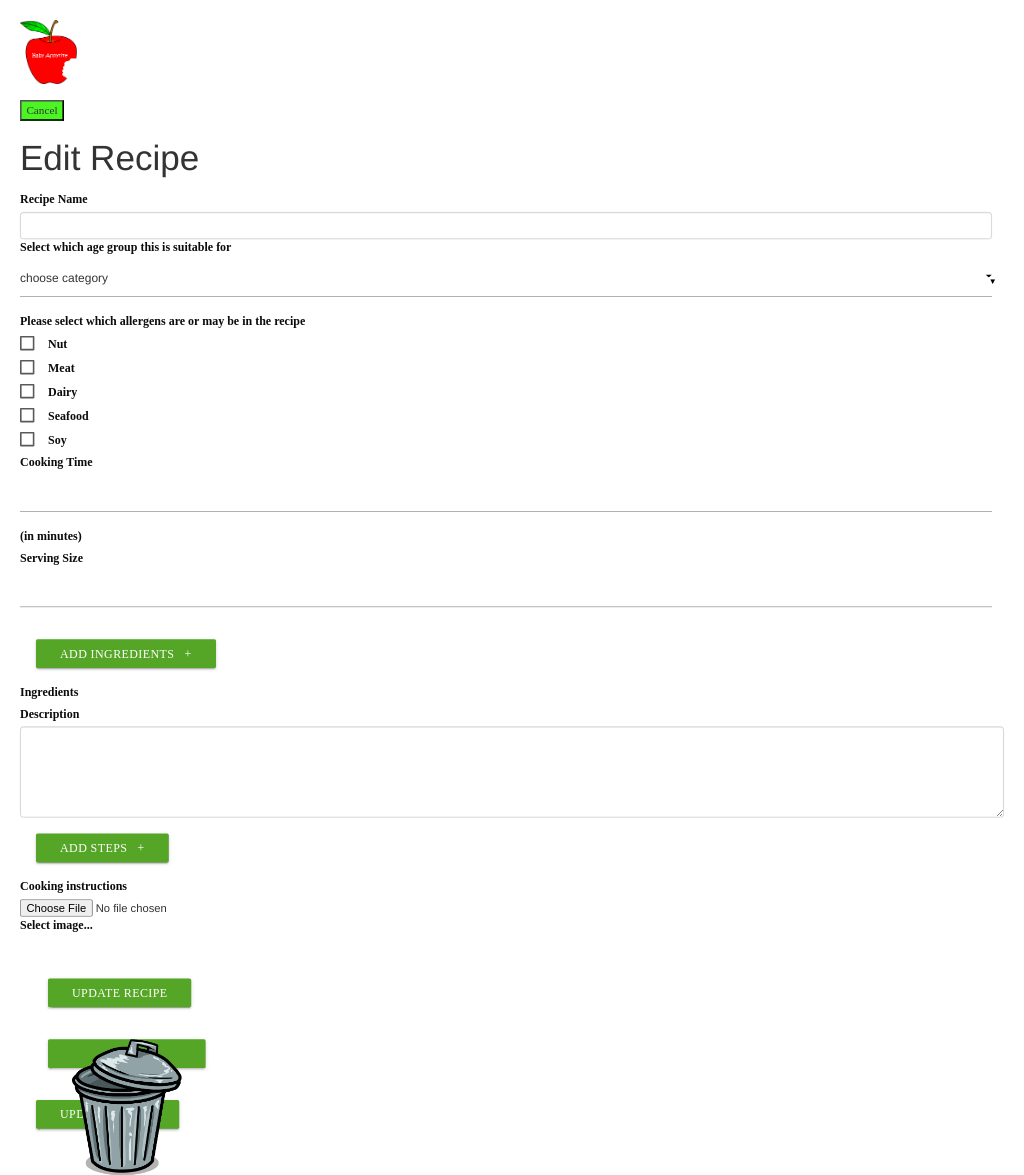
Repository: blueag8/babyappytite
Page: templates/editrecipe.html
The author's editor kept a record of every edit. The page is drawn from the files as they stood at one moment, then again after the next edit.
The browser window is 1280 px wide. The pictures show the whole page, at 80% of full size.
Some web fonts or font styles are not loaded; a fallback is used. Some web libraries are served in a nearby version. The page is served by the project's application, run on Flask 3 (app.py). The template is opened directly, without the code that normally fills it, so the values that code supplies are empty.

Above is the page before.

### templates/editrecipe.html
{% extends 'base.html'%}{% block content %}

<!------cancel--------->
     <div class="cancel">
  <button onclick="goBack()">Cancel</button>
     </div>

    <h3>Edit Recipe</h3>

 <div class="form">
     <form action="{{ url_for('update_recipe', recipe_id=recipe._id) }}" name="form" method="POST" class="col s12">
      <div class="row">
        <div class="recipe_name">
        <label class="recipe_name">Recipe Name</label>
        <input type="materialize-textarea" class="form-control" id="recipe_name" name="recipe_name" value="{{recipe.recipe_name}}">
       </div>
     </div>

    <div class="row">
      <div class="category_age">
         <label for="category_age">Select which age group this is suitable for</label>
          <select class="category_age" id="category_age" name="category_age" onclick="getOption()">
          <option value=""disabled>choose category</option>
           {% for category_age in all_ages %}
              {% if all_ages.category_age == recipe.category_age %}
              <option value="{{category_age}}}">{{category_age}}</option>
              {% else %}
              <option value="{{category_age}}">{{category_age}}</option>
              {% endif %}
           {% endfor %}
         </select>
        </div>
      </div>
    </div>

  <div class="row">
    <div class = "allergens">
      <label class="allergens">Please select which allergens are or may be in the recipe</label>

      <div class="form-check form-check-inline">
        <input class="form-check-input" type="checkbox" id="nut" name="allergen" value="nut"{% if 'nut' in recipe.allergens %}checked{% endif %} >
        <label class="form-check-label" for="nut">Nut</label>
      </div>

      <div class="form-check form-check-inline">
        <input class="form-check-input" type="checkbox" id="meat" name="allergen" value="meat"{% if 'meat' in recipe.allergens %}checked{% endif %}>
        <label class="form-check-label" for="meat">Meat</label>
      </div>

      <div class="form-check form-check-inline">
        <input class="form-check-input" type="checkbox" id="dairy" name="allergen" value="dairy"{% if 'dairy' in recipe.allergens %}checked{% endif %}>
        <label class="form-check-label" for="dairy">Dairy</label>
      </div>

      <div class="form-check form-check-inline">
        <input class="form-check-input" type="checkbox" id="seafood" name="allergen " value="seafood"{% if 'seafood' in recipe.allergens %}checked{% endif %}>
        <label class="form-check-label" for="seafood">Seafood</label>
      </div>

      <div class="form-check form-check-inline">
        <input class="form-check-input" type="checkbox" id="soy" name="allergen" value="soy"{% if 'soy' in recipe.allergens %}checked{% endif %}>
        <label class="form-check-label" for="soy">Soy</label>
      </div>
    </div>


  <div class="row">
    <label for="cooking_time">Cooking Time</label>

      <input type="number" name="cooking_time" min="0" max="100" step="1" value="{{recipe.cooking_time}}" required>
      <label>(in minutes)</label>
    </div>
  </div>

  <div class="row">
    <label for="portion_sizes">Serving Size</label>
    <input type="number" name="portion_size" min="0" max="100" step="1" value="{{recipe.portion_size}}" required>
    </div>
  </div>

  <div class="row">
    <div class= "wrapper">
      <div class="container1">
        <button class="btn add_ingredients">Add Ingredients &nbsp;
          <span>+ </span>
        </button>
      </div>
     <label for="ingredients">Ingredients</label>

        {% for ingredient in recipe.ingredients %}
        <textarea name="ingredient" class="materialize-textarea" value="{{ingredient}}">

             {{ingredient}}

        </textarea>
        <a href="#" class="delete">Delete</a></div>
              {% endfor %}

      </div>
    </div>
  </div>

  <div class="row">
    <label for="recipe_description">Description</label>
      <div class="row">
        <textarea class="form-control" id="recipe_description" name="recipe_description" rows="5" value="{{recipe.recipe_description}}">{{recipe.recipe_description}}</textarea>
      </div>
    </div>
  </div>



<!---referred to ----https://stackoverflow.com/questions/14853779/adding-input-elements-dynamically-to-form ----->

  <div class="row">
     <div class= "wrapper">
        <div class="container2">
            <button class="btn add_steps">Add Steps &nbsp;
            <span>+ </span>
            </button>
             </div>
           <label for="add_steps">Cooking instructions</label>

             {% for step in recipe.steps %}
            <textarea name="step" class="materialize-textarea" value="{{step}}">

             {{step}}

            </textarea>
            <a href="#" class="delete">Delete</a></div>
              {% endfor %}
        </div>
      </div>
    </div>
  </div>

   <div class="input-group mb-3">
    <div class="input-group-prepend">
    <div class="custom-file">
      <input type="file" class="custom-file" id="image">
      <label class="custom-file" for="image">Select image...</label>
     </div>
    </div>
  </div>

<footer>
 <div class="row">
   <div class="col-xs-4 col-sm-4 col-md-4">

<!-------bootstrap---------->
<!-- Button trigger modal -->
     <button type="button" class="btn btn-primary" data-toggle="modal" data-target="#exampleModalCenter">
     Update Recipe
    </button>
   </div>
  </div>
 </div>
<!-- Modal -->
   <div class="modal fade" id="exampleModalCenter" tabindex="-1" role="dialog" aria-labelledby="exampleModalCenterTitle" aria-hidden="true">
     <div class="modal-dialog modal-dialog-centered" role="document">
       <div class="modal-content">
        <div class="modal-header">
          <h5 class="modal-title" id="exampleModalLongTitle">Update Recipe?</h5>
          <button type="button" class="close" data-dismiss="modal" aria-label="Close">
          <span aria-hidden="true">&times;</span>
          </button>
        </div>
        <div class="modal-body">
        Are you sure you would like to update this?
        </div>
        <div class="modal-footer">
        <button type="button" class="btn btn-secondary" data-dismiss="modal">No changed my mind</button>
        <button type="submit" class="btn btn-primary" name="action" value="submit">Yes, Please Save changes</button>
        </div>
      </div>
     </div>
    </div>



 <div class="container-fluid">
  <div class="row">

<!------ image from https://www.seekclipart.com/clipart/mimJ_garbage-can-pictures-garbage-bin-clip-art-png/----->

<!-------bootstrap---------->
  <div class="col-xs-12 col-sm-4 col-md-6">
     <button type="button" class="btn btn-primary" data-toggle="modal" data-target="#exampleModalCenter">
       <a href="{{url_for('delete_recipe', recipe_id=recipe._id)}}"><img src="/static/image/bin.png" alt="delete a recipe"></a>
     </div>
    </div>

<!-- Button trigger modal -->
     <button type="button" class="btn btn-primary" data-toggle="modal" data-target="#exampleModalCenter">
     Update Recipe
    </button>
   </div>
  </div>
 </div>
<!-- Modal -->
   <div class="modal fade" id="exampleModalCenter" tabindex="-1" role="dialog" aria-labelledby="exampleModalCenterTitle" aria-hidden="true">
     <div class="modal-dialog modal-dialog-centered" role="document">
       <div class="modal-content">
        <div class="modal-header">
          <h5 class="modal-title" id="exampleModalLongTitle">Update Recipe?</h5>
          <button type="button" class="close" data-dismiss="modal" aria-label="Close">
          <span aria-hidden="true">&times;</span>
          </button>
        </div>
        <div class="modal-body">
        Are you sure you would like to update this?
        </div>
        <div class="modal-footer">
        <button type="button" class="btn btn-secondary" data-dismiss="modal">No changed my mind</button>
        <button type="submit" class="btn btn-primary" name="action" value="submit">Yes, Please Save changes</button>
        </div>
      </div>
     </div>
    </div>
</footer>
</form>
 </div>
 {% endblock %}

### templates/base.html
<!DOCTYPE html>
<html lang="en">
<head>
    <meta charset="UTF-8">
    <meta name="viewport" content="width=device-width, initial-scale=1.0">
    <meta http-equiv="X-UA-Compatible" content="ie=edge">

    <title>"Baby Appy-tite | Recipes for 6 months +"</title>

    <link rel="stylesheet" href="https://maxcdn.bootstrapcdn.com/bootstrap/3.3.7/css/bootstrap.min.css" type="text/css">
    <link rel="stylesheet" href="https://stackpath.bootstrapcdn.com/font-awesome/4.7.0/css/font-awesome.min.css" type="text/css">
    <link href="https://fonts.googleapis.com/css?family=Emilys+Candy&display=swap" rel="stylesheet">
    <link rel="stylesheet" href="https://cdnjs.cloudflare.com/ajax/libs/materialize/0.100.2/css/materialize.min.css">
    <link rel="stylesheet" href="{{url_for('static', filename='css/style.css')}}" type="text/css" />
</head>
<header>
         <div class="nav-wrapper">
              <div class="navbar img">
                 <a class="icon" href="{{url_for('home')}}">
                      <img src="/static/image/babyappytite.png">
                </a>
            </div>
        </div>
      </div>
</header>
<body>
    <div class="container-fluid">
        {% block content %}{% endblock %}
    </div>

    <script src="https://cdnjs.cloudflare.com/ajax/libs/jquery/3.3.1/jquery.min.js"></script>
    <script src="https://cdnjs.cloudflare.com/ajax/libs/jquery/3.2.1/jquery.min.js"></script>
    <script src="https://maxcdn.bootstrapcdn.com/bootstrap/3.3.7/js/bootstrap.min.js" integrity="sha384-Tc5IQib027qvyjSMfHjOMaLkfuWVxZxUPnCJA7l2mCWNIpG9mGCD8wGNIcPD7Txa" crossorigin="anonymous"></script>
    <script src="https://cdnjs.cloudflare.com/ajax/libs/materialize/0.100.2/js/materialize.min.js"></script>
    <script type="text/javascript">
        $(document).ready(function() {
    var max_fields = 10;
    var wrapper = $(".container1");
    var add_button = $(".add_ingredients");
    var x = 1;
    $(add_button).click(function(e) {
        e.preventDefault();
        if (x < max_fields) {
            x++;
            $(wrapper).append('<div><ol><input type="text" name="ingredient[]"/></ol><a href="#" class="delete">Delete</a></div>'); //add input box
        } else {
            alert('You Reached the limits');
        }
    });
    $(wrapper).on("click", ".delete", function(e) {
        e.preventDefault();
        $(this).parent('div').remove();
        x--;
    });
 });
    </script>

 <script type="text/javascript">
 $(document).ready(function() {
    var max_fields = 10;
    var wrapper = $(".container2");
    var add_button = $(".add_steps");
    var x = 1;
    $(add_button).click(function(e) {
        e.preventDefault();
        if (x < max_fields) {
            x++;
            $(wrapper).append('<div><ol><input type="text" name="step[]"/></ol><a href="#" class="delete">Delete</a></div>'); //add input box
        } else {
            alert('You Reached the limits');
        }
    });
    $(wrapper).on("click", ".delete", function(e) {
        e.preventDefault();
        $(this).parent('div').remove();
        x--;
    });
 });
      </script>

  <script type="text/javascript">
    $(document).ready(function() {
    $('select').material_select();
  });
    </script>



</body>

</html>

### app.py
import pymongo
import os


from bson.objectid import ObjectId
from flask import Flask, render_template, redirect, request, url_for, flash
from flask_pymongo import PyMongo

#connect to database
app = Flask(__name__)

app.config['MONGO_DBNAME'] ="Baby_Recipes"
app.config["MONGO_URI"] ="mongodb+srv://blueag8:mongo8@cluster0-iodau.mongodb.net/Baby_Recipes?retryWrites=true&w=majority"
app.config['SECRET_KEY'] = 'yum'

mongo = PyMongo(app)


#home page



@app.route('/')
def home():
    return render_template("index.html", recipes=mongo.db.recipes.find(), all_ages=mongo.db.category_age.find())

#get
#single recipe

@app.route('/recipe/<recipe_id>')
def recipe(recipe_id):
    recipes=mongo.db.recipes.find({"_id": ObjectId(recipe_id)})
    category_age=mongo.db.category_age.find()
    return render_template("recipe.html", recipes=recipes, category_age=category_age)

#TEST1

#recipes categorized per page route

#@app.route('/recipes')
#def recipes():
   # recipes=mongo.db.recipes.find()
    #TEST
    #for recipe in recipes:
      #  print(recipe)

   # return render_template("recipes.html")

@app.route('/recipes')
def all_recipes():
   return render_template("recipes.html", recipes=mongo.db.recipes.find())


#sort recipes by age group

@app.route('/sixmonth_recipes')
def sixmonth_recipes():
   return render_template("recipes.html", recipes=mongo.db.recipes.find({"category_age":"6 months +"}))

@app.route('/sevenmonth_recipes')
def sevenmonth_recipes():
    return render_template("recipes.html", recipes=mongo.db.recipes.find({"category_age":"7 months +"}))

@app.route('/tenmonth_recipes')
def tenmonth_recipes():
    return render_template("recipes.html", recipes=mongo.db.recipes.find({"category_age":"10 months +"}))

@app.route('/twelvemonth_recipes')
def twelvemonth_recipes():
    return render_template("recipes.html",recipes=mongo.db.recipes.find())

#add recipe

@app.route('/addrecipe')
def addrecipe():
    #return render_template("testform.html",recipes=mongo.db.recipes.find(),
          # categories=mongo.db.categories.find())
    return render_template("addrecipe.html", all_ages=mongo.db.category_age.find())

#@app.route('/insert_recipe', methods=['POST'])
#def insert_recipe():
   # recipes=mongo.db.recipes
   # recipes.insert(request.form.to.dict(flat=False))
   # flash ("Thank you, your recipe has been added!")

    #return render_template("addrecipe.html", recipe=recipe)
    #Test1 Failed

    #Testing2
@app.route('/insert_recipe', methods=['POST'])
def insert_recipe():
    recipes=mongo.db.recipes
    all_ages=mongo.db.category_age

    recipe_name=request.form["recipe_name"]
    category_age=request.form.get("category_age")
    cooking_time=int(request.form["cooking_time"])
    portion_sizes=int(request.form["portion_size"])
    allergens=request.form.getlist("allergen")
    ingredients=request.form.getlist("ingredient")
    recipe_description=request.form["recipe_description"]
    steps=request.form.getlist("step")

    if 'image' in request.files:
        image = request.files["image"]
        filename = image.save(request.files['image'])
        filepath = 'static/image/uploads/' + filename
    else:
        filepath = 'static/image/babyappytite.png/'

    form={

        "recipe_name":recipe_name,
        "category_age":category_age,
        "cooking_time":cooking_time,
        "portion_size":portion_sizes,
        "allergen": allergens,
        "ingredient": ingredients,
        "recipe_description":recipe_description,
        "step": steps,

          }


    recipes.insert_one(form)

    return redirect(url_for('home', recipe=recipe, category_age=category_age))


#edit recipe
#@app.route('/editrecipe/<recipe_id>', methods=['GET','POST'])
#def editrecipe(recipe_id):

    #return render_template("testform.html",recipes=mongo.db.recipes.find(),
          # categories=mongo.db.categories.find())
    #return render_template("editrecipe.html",recipes=mongo.db.recipes.find({"_id": ObjectId(recipe_id)}),
          # categories=mongo.db.categories.find())

#TESTING
@app.route('/editrecipe/<recipe_id>')
def editrecipe(recipe_id):
    the_recipe = mongo.db.recipes.find_one({'_id': ObjectId(recipe_id)})
    all_ages=mongo.db.category_age.find()
    return render_template('editrecipe.html', recipe=the_recipe, category_age=all_ages)

@app.route('/update_recipe/<recipe_id>', methods=['POST'])
def update_recipe(recipe_id):
    recipes=mongo.db.recipes
    all_ages=mongo.db.category_age
    recipes.update( {'_id': ObjectId(recipe_id)},

    {
            'recipe_name':request.form.get("recipe_name"),
            'category_age':request.form.get("category_age"),
            'cooking_time':int(request.form["cooking_time"]),
            'portion_sizes':int(request.form["portion_size"]),
            'allergens':request.form.getlist('check'),
            'ingredients':request.form.getlist("ingredient"),
            'recipe_description':request.form.get("recipe_description"),
            'steps':request.form.getlist("step"),
            'filename':image.save(request.files['image']),
      })

    #flash ("Thank you, your recipe has been added!")
    return redirect(url_for('home'))

   # filepath = '../static/img/' + filename

    #filename = image.save(request.files['image']

@app.route('/delete_recipe/<recipe_id>')
def delete_recipe(recipe_id):
    mongo.db.recipes.remove({'_id': ObjectId(recipe_id)})
    return redirect(url_for('home'))

# routing for likes
#referred to another student's code for likes.

@app.route('/stars/<recipe_id>',methods=["GET", "POST"])
def stars(recipe_id):

    mongo.db.recipes.find_one_and_update(
        {'_id': ObjectId(recipe_id)},
        { '$inc': { 'stars': 1}}
    )

    return redirect(url_for('recipe',recipe_id=recipe_id))


if __name__ == '__main__':
    app.run(host=os.environ.get('IP'),
            port=int(os.environ.get('PORT')),
            debug=True)

### static/css/style.css
/*---------Navbar----------*/
.navbar {
    position: relative;
    min-height: 50px;
    margin-bottom: 20px;
    border: none;
    background-color: transparent;
}
.navbar-brand img {
    height: 50px;
}

 /* icon prefix focus color */
.input-field .prefix.active {
     color: red;
   }

.btn {
    background-color: #55a626;
    margin: 20px;
}

btn:hover, .btn-large:hover {
    background-color: #92f57c;
}

body{
    padding:25px;
}

p.recipe {
    float: right;
    background: mediumseagreen;
    padding: 15px;
    margin-right: 20px;
}

footer {
    margin-top: 30px;
}

/*--------images---------------------*/


img {
    height: 170px;
}

img .edit {
    height: 80px;
}
.apple img {
    height: 250px;
}


.caterpillar img {
    height: 128px;
}

.card {
    margin: 20px;
    padding: 20px;
    position: relative;
    background-color: #beefaf;
    -webkit-transition: -webkit-box-shadow .25s;
    transition: -webkit-box-shadow .25s;
    transition: box-shadow .25s;
    transition: box-shadow .25s, -webkit-box-shadow .25s;
    border-radius: 2px;
}
card-body {
    font-size: large;
    text-align: justify;
    text-align: right;
    padding: 20px;
    margin: 20px;
    font-style: inherit;
}

p.recipe {
    float: right;
}

a {
    color: inherit;
}

.navbar img {
    height: 80px;
}

.form-control {
    color: #0c0c0c;
    background-color: #fff;
    background-image: none;

}
label {
   color: #0c0c0c;
    font-family: 'Emilys Candy', cursive;
    /* font-family: Emily; */
    font-size: 15px;
}

button{
    background-color: #4bf524;
    font-family: 'Emily';
}
.delete {
    color: #db1f1f;
}


/*-----Media Queries--------*/

@media (min-width: 375px)
{
.container-fluid {
    padding-right: 15px;
    padding-left: 0;
}
.row {

    margin-bottom: 0px;
}


.age img {
    height: 170px;
}
apple img {
    height: 180px;
}
.caterpillar img {
    height: 80px;
}
img.edit {
    height: 50px;
}
}

After the next edit:
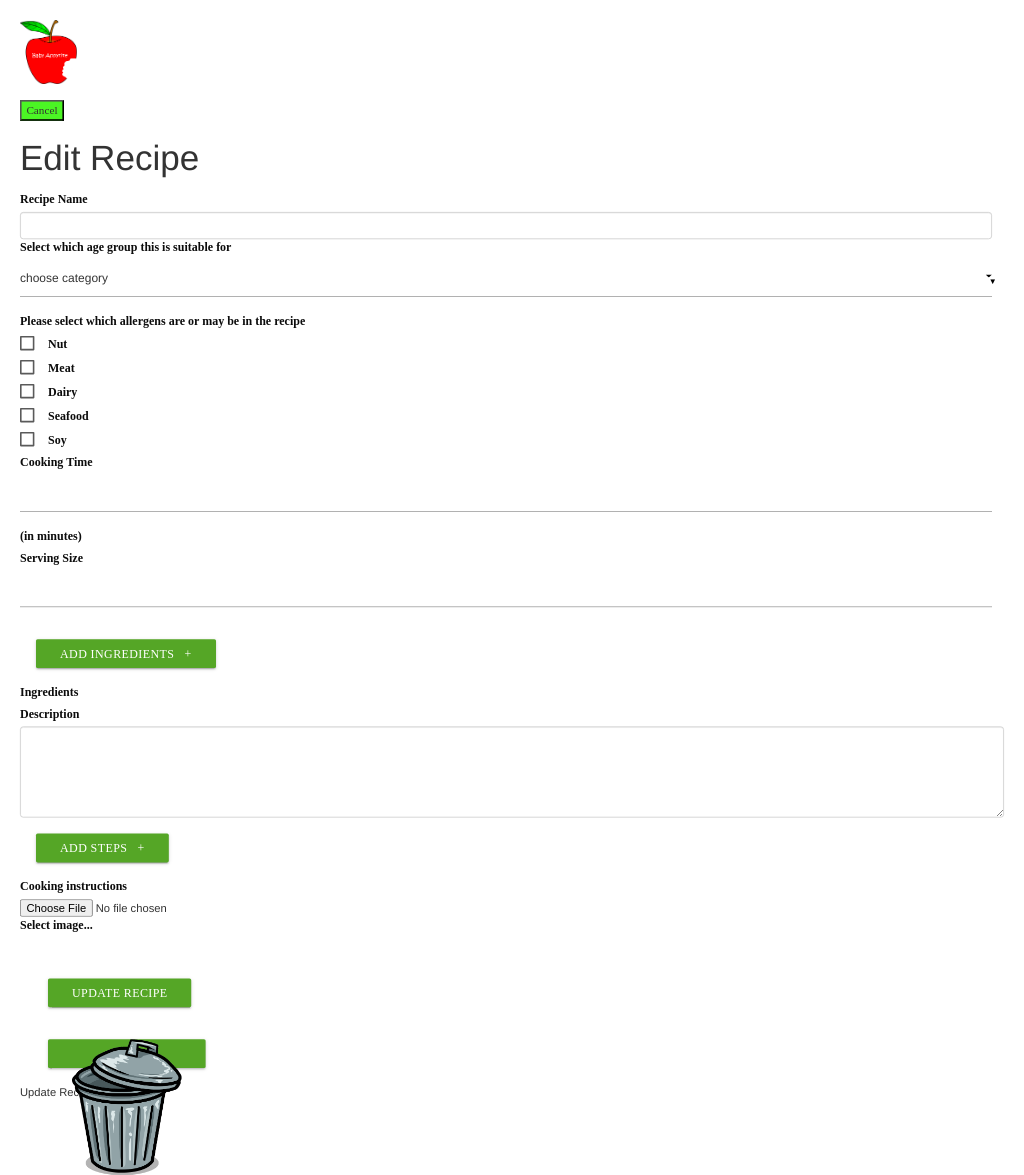
The edit:
--- a/templates/editrecipe.html
+++ b/templates/editrecipe.html
@@ -191,7 +191,7 @@
     </div>
 
 <!-- Button trigger modal -->
-     <button type="button" class="btn btn-primary" data-toggle="modal" data-target="#exampleModalCenter">
+
      Update Recipe
     </button>
    </div>
